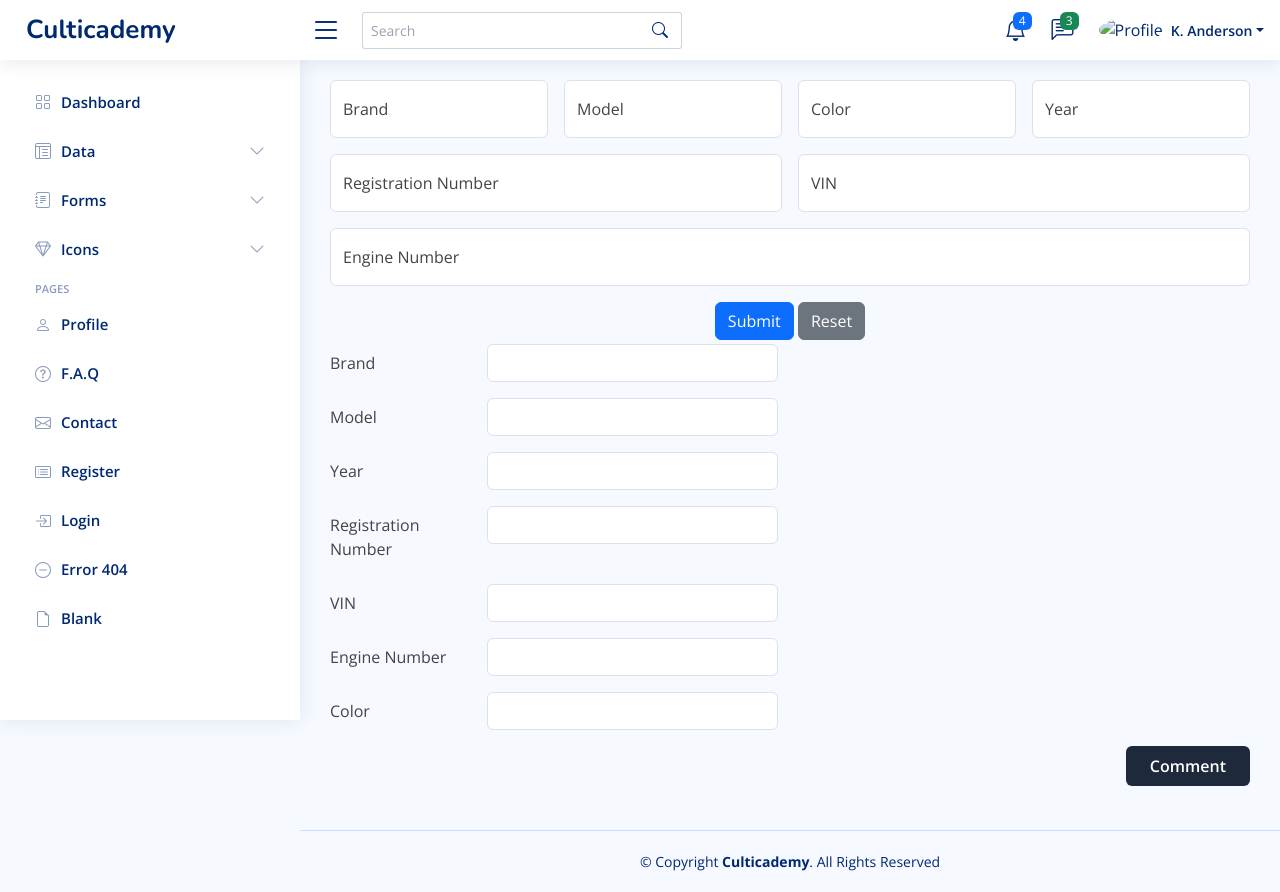
Repository: Jistoper/car_rental
Page: resources/views/backsite/content/car/createcar.blade.php
An editor plug-in stored every save of this project. The page is shown before and after the next save, followed by the edit.
The browser window is 1280 px wide. The pictures show the whole page.
The page is served by the project's Laravel application, run on PHP 8.4 with Laravel 9. Other server files are loaded and not shown. Style sheets and scripts are compiled from the project's sources, by tool versions that may differ from the author's. The template is opened directly, without the code that normally fills it, so the values that code supplies are empty.

Above is the page before, as saved 2023-06-22 14:36:09.

### routes/web.php
<?php

use Illuminate\Support\Facades\Route;
use App\Http\Controllers\carcontroller;

/*
|--------------------------------------------------------------------------
| Web Routes
|--------------------------------------------------------------------------
|
| Here is where you can register web routes for your application. These
| routes are loaded by the RouteServiceProvider within a group which
| contains the "web" middleware group. Now create something great!
|
*/

Route::get('/dashboard', function () {
    return view('backsite.dashboard');
})->name('dashboard');

Route::controller(CarController::class)->as('car.')->group(function(){
    Route::get('/car', 'getall')->name('getall');
    Route::get('/create', 'create')->name('create');
    Route::post('/create', 'store')->name('store');
});

### resources/views/backsite/content/car/createcar.blade.php
@extends('backsite.dashboard')

@section('content')

<div>
    <form class="row g-3">
        <div class="col-md-3">
            <div class="form-floating">
                <input type="email" class="form-control" id="floatingEmail" placeholder="Your Email">
                <label for="floatingEmail">Brand</label>
            </div>
        </div>
        <div class="col-md-3">
            <div class="form-floating">
                <input type="password" class="form-control" id="floatingPassword" placeholder="Password">
                <label for="floatingPassword">Model</label>
            </div>
        </div>
        <div class="col-md-3">
            <div class="form-floating">
                <input type="password" class="form-control" id="floatingPassword" placeholder="Password">
                <label for="floatingPassword">Color</label>
            </div>
        </div>
        <div class="col-md-3">
            <div class="form-floating">
                <input type="password" class="form-control" id="floatingPassword" placeholder="Password">
                <label for="floatingPassword">Year</label>
            </div>
        </div>
        <div class="col-md-6">
          <div class="form-floating">
            <input type="text" class="form-control" id="floatingName" placeholder="Your Name">
            <label for="floatingName">Registration Number</label>
          </div>
        </div>
        <div class="col-md-6">
          <div class="col-md-12">
            <div class="form-floating">
              <input type="text" class="form-control" id="floatingCity" placeholder="City">
              <label for="floatingCity">VIN</label>
            </div>
          </div>
        </div>
        <div class="col-md-12">
          <div class="form-floating">
            <input type="text" class="form-control" id="floatingZip" placeholder="Zip">
            <label for="floatingZip">Engine Number</label>
          </div>
        </div>
        <div class="text-center col mb-1">
          <button type="submit" class="btn btn-primary">Submit</button>
          <button type="reset" class="btn btn-secondary">Reset</button>
        </div>
      </form><!-- End floating Labels Form -->
    <form action="{{ route('car.store') }}" method="POST" class="mb-4">
        @csrf
        <div class="row mb-3">
            <label for="inputText" class="col-sm-2 col-form-label">Brand</label>
            <div class="col-sm-4">
                <input type="text" name="brand" id="brand" class="form-control @error('brand') border-red-500 @enderror" value="{{ old('brand') }}">
            </div>
        </div>
        <div class="row mb-3">
            <label for="inputText" class="col-sm-2 col-form-label">Model</label>
            <div class="col-sm-4">
                <input type="text" name="model" id="model" class="form-control @error('model') border-red-500 @enderror" value="{{ old('model') }}">
            </div>
        </div>
        <div class="row mb-3">
            <label for="inputText" class="col-sm-2 col-form-label">Year</label>
            <div class="col-sm-4">
                <input type="text" name="year" id="year" class="form-control @error('year') border-red-500 @enderror" value="{{ old('year') }}">
            </div>
        </div>
        <div class="row mb-3">
            <label for="inputText" class="col-sm-2 col-form-label">Registration Number</label>
            <div class="col-sm-4">
                <input type="text" name="registration_number" id="registration_number" class="form-control @error('registration_number') border-red-500 @enderror" value="{{ old('registration_number') }}">
            </div>
        </div>
        <div class="row mb-3">
            <label for="inputText" class="col-sm-2 col-form-label">VIN</label>
            <div class="col-sm-4">
                <input type="text" name="vin" id="vin" class="form-control @error('vin') border-red-500 @enderror" value="{{ old('vin') }}">
            </div>
        </div>
        <div class="row mb-3">
            <label for="inputText" class="col-sm-2 col-form-label">Engine Number</label>
            <div class="col-sm-4">
                <input type="text" name="engine_number" id="engine_number" class="form-control @error('engine_number') border-red-500 @enderror" value="{{ old('engine_number') }}">
            </div>
        </div>
        <div class="row mb-3">
            <label for="inputText" class="col-sm-2 col-form-label">Color</label>
            <div class="col-sm-4">
                <input type="text" name="color" id="color" class="form-control @error('color') border-red-500 @enderror" value="{{ old('color') }}">
            </div>
        </div>
        <div class="flex items-center justify-end">
            <button class="flex items-center space-x-1 bg-slate-800 hover:bg-slate-700 text-white font-semibold py-2 px-4 rounded" onclick="getContent()" type="submit">
                <span>
                    Comment
                </span>
            </button>
        </div>
    </form>
</div>

@endsection

### resources/views/backsite/partials/header.blade.php
<header id="header" class="header fixed-top d-flex align-items-center">
    <div class="d-flex align-items-center justify-content-between">
      <a href="{{ route('dashboard') }}" class="logo d-flex align-items-center">
        <img src="assets/img/logo.png" alt="">
        <span class="d-none d-lg-block">Culticademy</span>
      </a>
      <i class="bi bi-list toggle-sidebar-btn"></i>
    </div><!-- End Logo -->

    <div class="search-bar">
      <form class="search-form d-flex align-items-center" method="POST" action="#">
        <input type="text" name="query" placeholder="Search" title="Enter search keyword">
        <button type="submit" title="Search"><i class="bi bi-search"></i></button>
      </form>
    </div><!-- End Search Bar -->

    <nav class="header-nav ms-auto">
      <ul class="d-flex align-items-center">

        <li class="nav-item d-block d-lg-none">
          <a class="nav-link nav-icon search-bar-toggle " href="#">
            <i class="bi bi-search"></i>
          </a>
        </li><!-- End Search Icon-->

        <li class="nav-item dropdown">

          <a class="nav-link nav-icon" href="#" data-bs-toggle="dropdown">
            <i class="bi bi-bell"></i>
            <span class="badge bg-primary badge-number">4</span>
          </a><!-- End Notification Icon -->

          <ul class="dropdown-menu dropdown-menu-end dropdown-menu-arrow notifications">
            <li class="dropdown-header">
              You have 4 new notifications
              <a href="#"><span class="badge rounded-pill bg-primary p-2 ms-2">View all</span></a>
            </li>
            <li>
              <hr class="dropdown-divider">
            </li>

            <li class="notification-item">
              <i class="bi bi-exclamation-circle text-warning"></i>
              <div>
                <h4>Lorem Ipsum</h4>
                <p>Quae dolorem earum veritatis oditseno</p>
                <p>30 min. ago</p>
              </div>
            </li>

            <li>
              <hr class="dropdown-divider">
            </li>

            <li class="notification-item">
              <i class="bi bi-x-circle text-danger"></i>
              <div>
                <h4>Atque rerum nesciunt</h4>
                <p>Quae dolorem earum veritatis oditseno</p>
                <p>1 hr. ago</p>
              </div>
            </li>

            <li>
              <hr class="dropdown-divider">
            </li>

            <li class="notification-item">
              <i class="bi bi-check-circle text-success"></i>
              <div>
                <h4>Sit rerum fuga</h4>
                <p>Quae dolorem earum veritatis oditseno</p>
                <p>2 hrs. ago</p>
              </div>
            </li>

            <li>
              <hr class="dropdown-divider">
            </li>

            <li class="notification-item">
              <i class="bi bi-info-circle text-primary"></i>
              <div>
                <h4>Dicta reprehenderit</h4>
                <p>Quae dolorem earum veritatis oditseno</p>
                <p>4 hrs. ago</p>
              </div>
            </li>

            <li>
              <hr class="dropdown-divider">
            </li>
            <li class="dropdown-footer">
              <a href="#">Show all notifications</a>
            </li>

          </ul><!-- End Notification Dropdown Items -->

        </li><!-- End Notification Nav -->

        <li class="nav-item dropdown">

          <a class="nav-link nav-icon" href="#" data-bs-toggle="dropdown">
            <i class="bi bi-chat-left-text"></i>
            <span class="badge bg-success badge-number">3</span>
          </a><!-- End Messages Icon -->

          <ul class="dropdown-menu dropdown-menu-end dropdown-menu-arrow messages">
            <li class="dropdown-header">
              You have 3 new messages
              <a href="#"><span class="badge rounded-pill bg-primary p-2 ms-2">View all</span></a>
            </li>
            <li>
              <hr class="dropdown-divider">
            </li>

            <li class="message-item">
              <a href="#">
                <img src="assets/img/messages-1.jpg" alt="" class="rounded-circle">
                <div>
                  <h4>Maria Hudson</h4>
                  <p>Velit asperiores et ducimus soluta repudiandae labore officia est ut...</p>
                  <p>4 hrs. ago</p>
                </div>
              </a>
            </li>
            <li>
              <hr class="dropdown-divider">
            </li>

            <li class="message-item">
              <a href="#">
                <img src="assets/img/messages-2.jpg" alt="" class="rounded-circle">
                <div>
                  <h4>Anna Nelson</h4>
                  <p>Velit asperiores et ducimus soluta repudiandae labore officia est ut...</p>
                  <p>6 hrs. ago</p>
                </div>
              </a>
            </li>
            <li>
              <hr class="dropdown-divider">
            </li>

            <li class="message-item">
              <a href="#">
                <img src="assets/img/messages-3.jpg" alt="" class="rounded-circle">
                <div>
                  <h4>David Muldon</h4>
                  <p>Velit asperiores et ducimus soluta repudiandae labore officia est ut...</p>
                  <p>8 hrs. ago</p>
                </div>
              </a>
            </li>
            <li>
              <hr class="dropdown-divider">
            </li>

            <li class="dropdown-footer">
              <a href="#">Show all messages</a>
            </li>

          </ul><!-- End Messages Dropdown Items -->

        </li><!-- End Messages Nav -->

        <li class="nav-item dropdown pe-3">

          <a class="nav-link nav-profile d-flex align-items-center pe-0" href="#" data-bs-toggle="dropdown">
            <img src="assets/img/profile-img.jpg" alt="Profile" class="rounded-circle">
            <span class="d-none d-md-block dropdown-toggle ps-2">K. Anderson</span>
          </a><!-- End Profile Iamge Icon -->

          <ul class="dropdown-menu dropdown-menu-end dropdown-menu-arrow profile">
            <li class="dropdown-header">
              <h6>Kevin Anderson</h6>
              <span>Web Designer</span>
            </li>
            <li>
              <hr class="dropdown-divider">
            </li>

            <li>
              <a class="dropdown-item d-flex align-items-center" href="users-profile.html">
                <i class="bi bi-person"></i>
                <span>My Profile</span>
              </a>
            </li>
            <li>
              <hr class="dropdown-divider">
            </li>

            <li>
              <a class="dropdown-item d-flex align-items-center" href="users-profile.html">
                <i class="bi bi-gear"></i>
                <span>Account Settings</span>
              </a>
            </li>
            <li>
              <hr class="dropdown-divider">
            </li>

            <li>
              <a class="dropdown-item d-flex align-items-center" href="pages-faq.html">
                <i class="bi bi-question-circle"></i>
                <span>Need Help?</span>
              </a>
            </li>
            <li>
              <hr class="dropdown-divider">
            </li>

            <li>
              <a class="dropdown-item d-flex align-items-center" href="#">
                <i class="bi bi-box-arrow-right"></i>
                <span>Sign Out</span>
              </a>
            </li>

          </ul><!-- End Profile Dropdown Items -->
        </li><!-- End Profile Nav -->

      </ul>
    </nav><!-- End Icons Navigation -->
</header>

### resources/views/backsite/partials/sidebar.blade.php
<aside id="sidebar" class="sidebar">

    <ul class="sidebar-nav" id="sidebar-nav">

      <li class="nav-item">
        <a class="nav-link collapsed" href="{{ route('dashboard') }}">
          <i class="bi bi-grid"></i>
          <span>Dashboard</span>
        </a>
      </li><!-- End Dashboard Nav -->

      <li class="nav-item">
        <a class="nav-link collapsed" data-bs-target="#tables-nav" data-bs-toggle="collapse" href="#">
          <i class="bi bi-layout-text-window-reverse"></i><span>Data</span><i class="bi bi-chevron-down ms-auto"></i>
        </a>
        <ul id="tables-nav" class="nav-content collapse " data-bs-parent="#sidebar-nav">
          <li>
            <a href="{{ route('car.getall') }}">
              <i class="bi bi-circle"></i><span>Cars</span>
            </a>
          </li>
          <li>
            <a href="{{ route('dashboard') }}">
              <i class="bi bi-circle"></i><span>Data Tables</span>
            </a>
          </li>
        </ul>
      </li><!-- End Tables Nav -->

      <li class="nav-item">
        <a class="nav-link collapsed" data-bs-target="#forms-nav" data-bs-toggle="collapse" href="#">
          <i class="bi bi-journal-text"></i><span>Forms</span><i class="bi bi-chevron-down ms-auto"></i>
        </a>
        <ul id="forms-nav" class="nav-content collapse " data-bs-parent="#sidebar-nav">
          <li>
            <a href="forms-elements.html">
              <i class="bi bi-circle"></i><span>Form Elements</span>
            </a>
          </li>
          <li>
            <a href="forms-layouts.html">
              <i class="bi bi-circle"></i><span>Form Layouts</span>
            </a>
          </li>
          <li>
            <a href="forms-editors.html">
              <i class="bi bi-circle"></i><span>Form Editors</span>
            </a>
          </li>
          <li>
            <a href="forms-validation.html">
              <i class="bi bi-circle"></i><span>Form Validation</span>
            </a>
          </li>
        </ul>
      </li><!-- End Forms Nav -->

      <li class="nav-item">
        <a class="nav-link collapsed" data-bs-target="#icons-nav" data-bs-toggle="collapse" href="#">
          <i class="bi bi-gem"></i><span>Icons</span><i class="bi bi-chevron-down ms-auto"></i>
        </a>
        <ul id="icons-nav" class="nav-content collapse " data-bs-parent="#sidebar-nav">
          <li>
            <a href="icons-bootstrap.html">
              <i class="bi bi-circle"></i><span>Bootstrap Icons</span>
            </a>
          </li>
          <li>
            <a href="icons-remix.html">
              <i class="bi bi-circle"></i><span>Remix Icons</span>
            </a>
          </li>
          <li>
            <a href="icons-boxicons.html">
              <i class="bi bi-circle"></i><span>Boxicons</span>
            </a>
          </li>
        </ul>
      </li><!-- End Icons Nav -->

      <li class="nav-heading">Pages</li>

      <li class="nav-item">
        <a class="nav-link collapsed" href="users-profile.html">
          <i class="bi bi-person"></i>
          <span>Profile</span>
        </a>
      </li><!-- End Profile Page Nav -->

      <li class="nav-item">
        <a class="nav-link collapsed" href="pages-faq.html">
          <i class="bi bi-question-circle"></i>
          <span>F.A.Q</span>
        </a>
      </li><!-- End F.A.Q Page Nav -->

      <li class="nav-item">
        <a class="nav-link collapsed" href="pages-contact.html">
          <i class="bi bi-envelope"></i>
          <span>Contact</span>
        </a>
      </li><!-- End Contact Page Nav -->

      <li class="nav-item">
        <a class="nav-link collapsed" href="pages-register.html">
          <i class="bi bi-card-list"></i>
          <span>Register</span>
        </a>
      </li><!-- End Register Page Nav -->

      <li class="nav-item">
        <a class="nav-link collapsed" href="pages-login.html">
          <i class="bi bi-box-arrow-in-right"></i>
          <span>Login</span>
        </a>
      </li><!-- End Login Page Nav -->

      <li class="nav-item">
        <a class="nav-link collapsed" href="pages-error-404.html">
          <i class="bi bi-dash-circle"></i>
          <span>Error 404</span>
        </a>
      </li><!-- End Error 404 Page Nav -->

      <li class="nav-item">
        <a class="nav-link collapsed" href="pages-blank.html">
          <i class="bi bi-file-earmark"></i>
          <span>Blank</span>
        </a>
      </li><!-- End Blank Page Nav -->

    </ul>

  </aside><!-- End Sidebar-->

### public/assets/simple-datatables/style.css
.datatable-wrapper.no-header .datatable-container {
	border-top: 1px solid #d9d9d9;
}

.datatable-wrapper.no-footer .datatable-container {
	border-bottom: 1px solid #d9d9d9;
}

.datatable-top,
.datatable-bottom {
	padding: 8px 10px;
}

.datatable-top > nav:first-child,
.datatable-top > div:first-child,
.datatable-bottom > nav:first-child,
.datatable-bottom > div:first-child {
	float: left;
}

.datatable-top > nav:last-child,
.datatable-top > div:last-child,
.datatable-bottom > nav:last-child,
.datatable-bottom > div:last-child {
	float: right;
}

.datatable-selector {
	padding: 6px;
}

.datatable-input {
	padding: 6px 12px;
}

.datatable-info {
	margin: 7px 0;
}

/* PAGER */
.datatable-pagination ul {
	margin: 0;
	padding-left: 0;
}

.datatable-pagination li {
	list-style: none;
	float: left;
}

.datatable-pagination li.datatable-hidden {
    visibility: hidden;
}

.datatable-pagination a {
	border: 1px solid transparent;
	float: left;
	margin-left: 2px;
	padding: 6px 12px;
	position: relative;
	text-decoration: none;
	color: #333;
    cursor: pointer;
}

.datatable-pagination a:hover {
	background-color: #d9d9d9;
}

.datatable-pagination .datatable-active a,
.datatable-pagination .datatable-active a:focus,
.datatable-pagination .datatable-active a:hover {
	background-color: #d9d9d9;
	cursor: default;
}

.datatable-pagination .datatable-ellipsis a,
.datatable-pagination .datatable-disabled a,
.datatable-pagination .datatable-disabled a:focus,
.datatable-pagination .datatable-disabled a:hover {
    pointer-events: none;
    cursor: default;
}

.datatable-pagination .datatable-disabled a,
.datatable-pagination .datatable-disabled a:focus,
.datatable-pagination .datatable-disabled a:hover {
	cursor: not-allowed;
	opacity: 0.4;
}

.datatable-pagination .datatable-pagination a {
	font-weight: bold;
}

/* TABLE */
.datatable-table {
	max-width: 100%;
	width: 100%;
	border-spacing: 0;
	border-collapse: separate;
}

.datatable-table > tbody > tr > td,
.datatable-table > tbody > tr > th,
.datatable-table > tfoot > tr > td,
.datatable-table > tfoot > tr > th,
.datatable-table > thead > tr > td,
.datatable-table > thead > tr > th {
	vertical-align: top;
	padding: 8px 10px;
}

.datatable-table > thead > tr > th {
	vertical-align: bottom;
	text-align: left;
	border-bottom: 1px solid #d9d9d9;
}

.datatable-table > tfoot > tr > th {
	vertical-align: bottom;
	text-align: left;
	border-top: 1px solid #d9d9d9;
}

.datatable-table th {
	vertical-align: bottom;
	text-align: left;
}

.datatable-table th a {
	text-decoration: none;
	color: inherit;
}

.datatable-sorter, .datatable-filter {
	display: inline-block;
	height: 100%;
	position: relative;
	width: 100%;
}

.datatable-sorter::before,
.datatable-sorter::after {
	content: "";
	height: 0;
	width: 0;
	position: absolute;
	right: 4px;
	border-left: 4px solid transparent;
	border-right: 4px solid transparent;
	opacity: 0.2;
}


.datatable-sorter::before {
	border-top: 4px solid #000;
	bottom: 0px;
}

.datatable-sorter::after {
	border-bottom: 4px solid #000;
	border-top: 4px solid transparent;
	top: 0px;
}

.datatable-ascending .datatable-sorter::after,
.datatable-descending .datatable-sorter::before,
.datatable-ascending .datatable-filter::after,
.datatable-descending .datatable-filter::before {
	opacity: 0.6;
}

.datatable-filter::before {
    content: "";
    position: absolute;
    right: 4px;
    opacity: 0.2;
    width: 0;
    height: 0;
    border-left: 7px solid transparent;
    border-right: 7px solid transparent;
	border-radius: 50%;
    border-top: 10px solid #000;
    top: 25%;
}

.datatable-filter-active .datatable-filter::before {
    opacity: 0.6;
}

.datatable-empty {
	text-align: center;
}

.datatable-top::after, .datatable-bottom::after {
	clear: both;
	content: " ";
	display: table;
}

table.datatable-table:focus tr.datatable-cursor > td:first-child {
	border-left: 3px blue solid;
}

table.datatable-table:focus {
	outline: solid 1px black;
    outline-offset: -1px;
}

Loaded but not shown: public/assets/bootstrap/css/bootstrap.min.css (library); public/assets/bootstrap-icons/bootstrap-icons.css (library); public/assets/boxicons/css/boxicons.min.css (library); public/assets/apexcharts/apexcharts.min.js (library); public/assets/bootstrap/js/bootstrap.bundle.min.js (library); public/assets/chart.js/chart.umd.js (library); public/assets/echarts/echarts.min.js (library); public/assets/quill/quill.min.js (library); public/assets/simple-datatables/simple-datatables.js (library); public/assets/tinymce/tinymce.min.js (library); resources/css/app.css (common file); public/js/main.js (321 lines, source omitted); public/assets/php-email-form/validate.js (85 lines, source omitted); tailwind.config.js (26 lines, source omitted); public/assets/remixicon/remixicon.css (2526 lines, source omitted); resources/views/backsite/dashboard.blade.php (741 lines, source omitted); public/assets/quill/quill.bubble.css (952 lines, source omitted); public/assets/quill/quill.snow.css (945 lines, source omitted); public/css/style.css (1233 lines, source omitted)

After the next save:
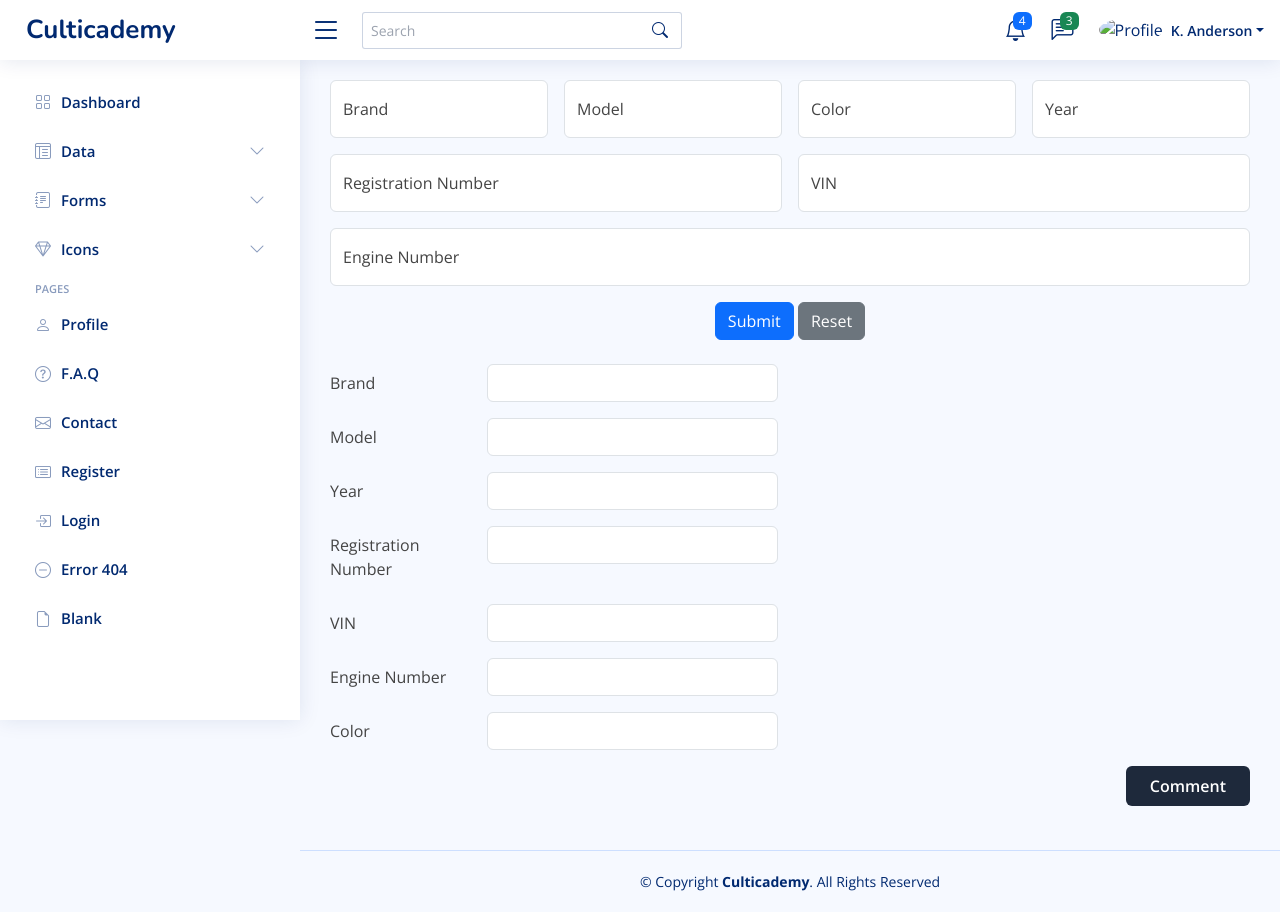
Saved 7 s later.
--- a/resources/views/backsite/content/car/createcar.blade.php
+++ b/resources/views/backsite/content/car/createcar.blade.php
@@ -48,7 +48,7 @@
             <label for="floatingZip">Engine Number</label>
           </div>
         </div>
-        <div class="text-center col mb-1">
+        <div class="text-center col mb-4">
           <button type="submit" class="btn btn-primary">Submit</button>
           <button type="reset" class="btn btn-secondary">Reset</button>
         </div>
